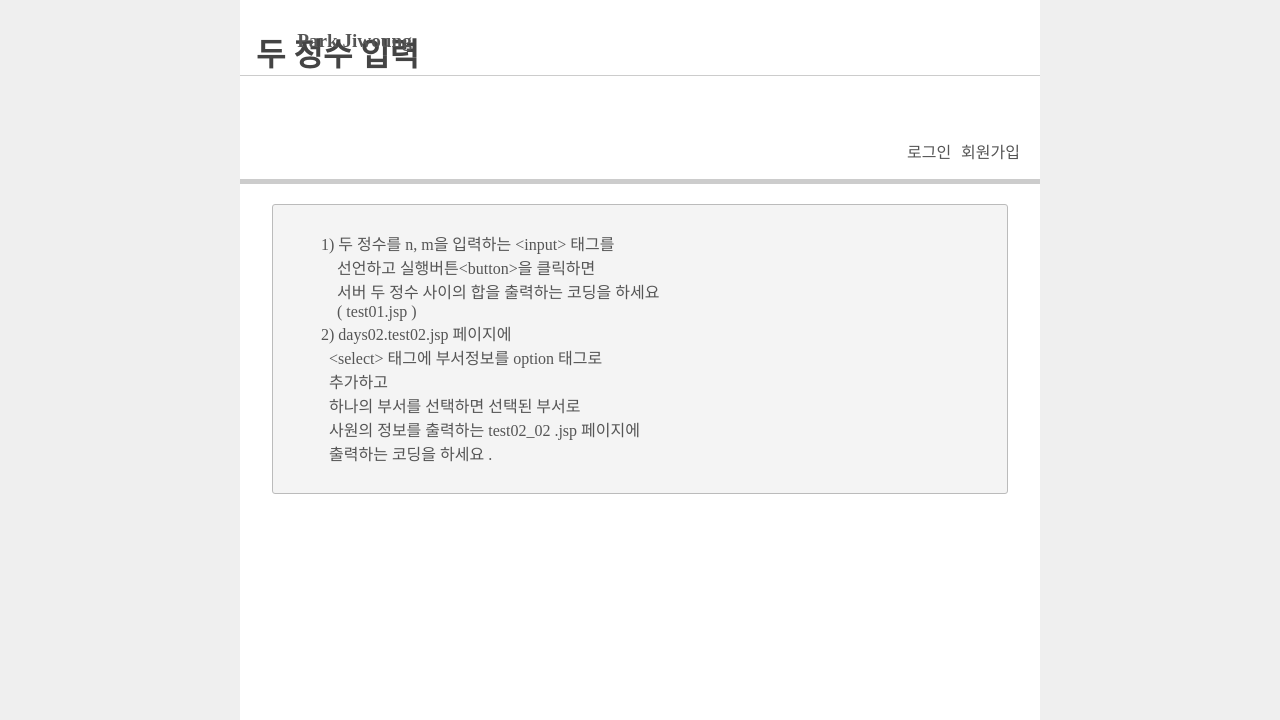
Repository: park-jiwoong/webClass
Page: http://localhost/jspPro/days02/test01.jsp
An editor plug-in stored every save of this project. The page is shown before and after the next save, followed by the edit.
The browser window is 1280 px wide. The pictures show the whole page.
Some web fonts or font styles are not loaded; a fallback is used. The page is served by Tomcat 9. Other server files are loaded and not shown.

Above is the page before, as saved 2025-05-22 00:17:24.

### webPro/src/main/webapp/JSPClass/jspPro/src/main/webapp/days02/test01.jsp
<%@ page contentType="text/html; charset=UTF-8" pageEncoding="UTF-8"%>
<!DOCTYPE html>
<html>
<head>
<meta charset="UTF-8">
<meta name="viewport" content="width=device-width, initial-scale=1.0">
<link rel="shortcut icon" type="image/x-icon" href="http://localhost/jspPro/images/SiSt.ico">
<title>2025. 5. 21. 오전 10:31:44</title>
<script src="https://ajax.googleapis.com/ajax/libs/jquery/3.7.1/jquery.min.js"></script>
<link rel="stylesheet" href="http://localhost/jspPro/resources/cdn-main/example.css">
<script src="http://localhost/jspPro/resources/cdn-main/example.js"></script>
	<style>
 	span.material-symbols-outlined{
    vertical-align: text-bottom;
 	}
	</style>
</head>
<body>
	<h1>두 정수 입력</h1>
	<form action="test01.jsp" method="get">
	<label for="num1"></label>
	</form>
<header>
    <h1 class="main"><a href="#" style="position: absolute;top:30px;">Park Jiwoung</a></h1>
    <ul>
        <li><a href="#">로그인</a></li>
        <li><a href="#">회원가입</a></li>
    </ul>
</header>
<div>
    <xmp class="code">
        1) 두 정수를 n, m을 입력하는 <input> 태그를
            선언하고 실행버튼<button>을 클릭하면
            서버 두 정수 사이의 합을 출력하는 코딩을 하세요
            ( test01.jsp )
     	2) days02.test02.jsp 페이지에
          <select> 태그에 부서정보를 option 태그로
          추가하고
          하나의 부서를 선택하면 선택된 부서로
          사원의 정보를 출력하는 test02_02 .jsp 페이지에
          출력하는 코딩을 하세요 .
    </xmp>
</div>
</body>
</html>

### webPro/src/main/webapp/JSPClass/jspPro/src/main/webapp/resources/cdn-main/example.css
@charset "UTF-8";

@import url('https://fonts.googleapis.com/css2?family=Material+Symbols+Outlined:opsz,wght,FILL,GRAD@20..48,100..700,0..1,-50..200');

@font-face {
    font-family: 'GmarketSansMedium';
    src: url('https://cdn.jsdelivr.net/gh/projectnoonnu/noonfonts_2001@1.1/GmarketSansMedium.woff') format('woff');
    font-weight: normal;
    font-style: normal;
}

:root {
	--text-color: #555;
	--sub-text-color: #777;
	--back-color: #EFEFEF;
	--header-color: #444;
	--primary-color: #DEDEDE;
	--secondary-color: #EFEFEF;
	--default-width: 800px;
	--narrow-width: 500px;
	--wide-width: 1200px;
	--text-font: 'GmarketSansMedium';
	--icon-font: 'Material Symbols Outlined';
	--border-color: #CCC;
}

html, body {
	margin: 0;
	padding: 0;
}

html {
	background-color: var(--back-color);
	display: flex;
	justify-content: center;
	min-height: 100vh;
}

body, body.default {
	width: var(--default-width);
	background-color: white;
	padding-bottom: 120px;
}

body.wide {
	width: var(--wide-width);
}

body.narrow {
	width: var(--narrow-width);
}



body, p, div, span, a, input, select, option, textarea, button, table, th, td, label, fieldset, legend {
	font-family: var(--text-font);
	color: var(--text-color);
}

h1, h2, h3 {
	font-family: var(--text-font);
	color: var(--header-color);
	padding: 0 1rem;
	padding-top: .5rem;
}

div > h1, div > h2, div > h3 {
	padding: 0;
}

body > div, body > main > div {
	padding: 0.3rem 1rem;
}


h1 { font-size: 2rem; border-bottom: 1px solid var(--border-color); }
h1 small { font-size: 1.2rem; color: var(--sub-text-color); }
h2 { font-size: 1.5rem; border-bottom: 1px dashed var(--border-color); }
h2 small { font-size: 1.1rem; color: --sub-text-color; }
h3 { font-size: 1.2rem; }
h3 small { font-size: 1rem; color: --sub-text-color; }



h1.main::before {
	font-family: var(--icon-font);
  	content: '\e666';
  	margin-right: 10px;
  	float: left;
	font-size: 2.5rem;
}

h1.sub::before {
	font-family: var(--icon-font);
  	content: '\ea19';
  	margin-right: 10px;
  	float: left;
	font-size: 2.5rem;
}


h1.page::before {
	font-family: var(--icon-font);
  	content: '\e0e0';
  	margin-right: 10px;
  	float: left;
	font-size: 2.5rem;
}

body > header > ul > li > .active{
	background-color: #FFF;
	color:#F00;
}

body > header {
	display: flex;
	justify-content: space-between;
	border-bottom: 5px solid var(--border-color);
	min-height: 74px;
	background-color: #FFF;
}

body > header.sticky {
	position: sticky;
	top: 0;
	z-index: 98;
}

body > header > h1 {
	font-size: 1.2rem;
	border: 0;
}

body > header.in > h1::before {
	font-family: var(--icon-font);
  	content: '\e332‥';
  	margin-right: 3px;
  	float: left;
	font-size: 2rem;
}


body > header > ul {
	list-style-type: none;
	display: flex;
	align-items: flex-end;
	margin-right: 10px;
}

body > header > ul > li {
	margin-right: 10px;
	cursor: pointer;
}

body > header > ul > li > a {
	cursor: pointer;
}


form {
	display: block;
}

form > div {
	padding: 0.3rem 1rem;
}

div > form > div {
	padding: 0.3rem 0;
}

input, textarea, button, select {
	border: 1px solid #BBB;
	border-radius: 3px;
	outline: none;
	resize: none;
	padding: 7px;
	margin: 0;
}

input[type=text]:read-only, textarea:read-only {
	cursor: not-allowed;
	background-color: #FFF;
}

input[type=text]:disabled, textarea:disabled {
	cursor: not-allowed;
	background-color: #EEE;
}

input[type=text], input[type=password], textarea, button, select {
	/* width: 300px; */
}

textarea {
	display: block;
	height: 100px;
}

input[type=button], input[type=submit], button {
	/* width: inherit; */
}

input.short, textarea.short, button.short, select.short {
	width: 100px;
}

input.long, textarea.long, button.long, select.long {
	width: 350px;
}

.narrow input.long, .narrow textarea.long, .narrow button.long, .narrow select.long {
	width: calc(100% - 20px);
}

input.full, textarea.full, button.full, select.full {
	width: calc(100% - 20px);
}

textarea.short {
	height: 50px;
}

textarea.long {
	height: 100px;
}

textarea.full {
	height: 200px;
}

input, textarea {
	padding-top: 8px;
}

input[type=button], input[type=submit], button {
	padding: 5px 10px;
	background-color: var(--secondary-color);
	cursor: pointer;
	min-height: 36px;
}

input[type=button].primary, input[type=submit].primary, button.primary {
	/* background-color: rgba(100, 149, 237, .2); */
	background-color: var(--primary-color);
}

input[type=button].primary:hover, input[type=submit].primary:hover, button.primary:hover {
	/* background-color: rgba(100, 149, 237, .3); */
	background-color: var(--secondary-color);
}

input[type=button]:hover, input[type=submit]:hover, button:hover {
	background-color: var(--primary-color);
}

button {
	position: relative;
	left: 0;
	top: 0;
	padding-left: 35px;
}

button .material-symbols-outlined {
	position: absolute;
	left: 10px;
	top: 4px;
}

/* k2nik add */
button.login::before {
	font-family: var(--icon-font);
  	content: '\ea77';
	position: absolute;
	left: 11px;
	top: 4px;
	font-size: 1.25rem;
}

/* k2nik logout */
button.logout::before {
	font-family: var(--icon-font);
  	content: '\e9ba';
	position: absolute;
	left: 11px;
	top: 4px;
	font-size: 1.25rem;
}

/* k2nik help */
button.help::before {
	font-family: var(--icon-font);
  	content: '\f1c0';
	position: absolute;
	left: 11px;
	top: 4px;
	font-size: 1.25rem;
}

button.add::before{
	font-family: var(--icon-font);
  	content: '\e746';
	position: absolute;
	left: 11px;
	top: 4px;
	font-size: 1.25rem;
}

button.back::before {
	font-family: var(--icon-font);
  	content: '\e166';
	position: absolute;
	left: 11px;
	top: 4px;
	font-size: 1.25rem;
}

button.list::before {
	font-family: var(--icon-font);
  	content: '\e0ee';
	position: absolute;
	left: 11px;
	top: 4px;
	font-size: 1.25rem;
}


button.del::before {
	font-family: var(--icon-font);
  	content: '\e872';
	position: absolute;
	left: 11px;
	top: 4px;
	font-size: 1.25rem;
}

button.alldel::before {
	font-family: var(--icon-font);
  	content: '\e92b';
	position: absolute;
	left: 11px;
	top: 4px;
	font-size: 1.25rem;
}


button.edit::before {
	font-family: var(--icon-font);
  	content: '\e745';
	position: absolute;
	left: 11px;
	top: 4px;
	font-size: 1.25rem;
}


button.login::before {
	font-family: var(--icon-font);
  	content: '\ea77';
	position: absolute;
	left: 11px;
	top: 4px;
	font-size: 1.25rem;
}


button.logout::before {
	font-family: var(--icon-font);
  	content: '\e9ba';
	position: absolute;
	left: 11px;
	top: 4px;
	font-size: 1.25rem;
}


button.in::before {
	font-family: var(--icon-font);
  	content: '\f71a';
	position: absolute;
	left: 11px;
	top: 4px;
	font-size: 1.25rem;
}


button.out::before {
	font-family: var(--icon-font);
  	content: '\f70e';
	position: absolute;
	left: 11px;
	top: 4px;
	font-size: 1.25rem;
}


button.reply::before {
	font-family: var(--icon-font);
  	content: '\e15e';
	position: absolute;
	left: 11px;
	top: 4px;
	font-size: 1.25rem;
}


button.comment::before {
	font-family: var(--icon-font);
  	content: '\e0b9';
	position: absolute;
	left: 11px;
	top: 4px;
	font-size: 1.25rem;
}


button.modal::before {
	font-family: var(--icon-font);
  	content: '\e89e';
	position: absolute;
	left: 11px;
	top: 4px;
	font-size: 1.25rem;
}


button.ok::before {
	font-family: var(--icon-font);
  	content: '\e86c';
	position: absolute;
	left: 11px;
	top: 4px;
	font-size: 1.25rem;
}


button.cancel::before {
	font-family: var(--icon-font);
  	content: '\e5c9';
	position: absolute;
	left: 11px;
	top: 4px;
	font-size: 1.25rem;
}

button.search::before {
	font-family: var(--icon-font);
  	content: '\e8b6';
	position: absolute;
	left: 11px;
	top: 4px;
	font-size: 1.25rem;
}

button.home::before {
	font-family: var(--icon-font);
  	content: '\e88a';
	position: absolute;
	left: 11px;
	top: 4px;
	font-size: 1.25rem;
}


button.sidebar::before {
	font-family: var(--icon-font);
  	content: '\f7e4';
	position: absolute;
	left: 11px;
	top: 4px;
	font-size: 1.25rem;
}


button.sidebar-right::before {
	font-family: var(--icon-font);
  	content: '\f7e5';
	position: absolute;
	left: 11px;
	top: 4px;
	font-size: 1.25rem;
}




button::before {
	font-family: var(--icon-font);
  	content: '\e323';
	position: absolute;
	left: 11px;
	top: 4px;
	font-size: 1.25rem;
}


table {
	border-collapse: collapse;
	margin: 1rem;
	box-sizing: border-box;
	width: calc(100% - 32px);
}

table.content {
	width: auto;
}

div > table {
	margin: 0;
}

table th, table td {
	border: 1px solid var(--border-color);
	padding: 7px;
	font-weight: normal;
}

table th {
	background-color: var(--back-color);
}

table.vertical th {
	width: 150px;
}

table.vertical td {
	width: calc(100% - 182px);
	padding-left: 10px;
}

table.content td, table.content th {
	width: auto;
}

body.narrow table.vertical th {
	width: 100px;
}

body.narrow table.vertical td {
	width: calc(100% - 182px);
}


table + table {
	margin-top: 30px;
}


p {
	padding: 0 1rem;
}

a {
	text-decoration: none;
}

a:hover {
	color: rgba(255, 99, 71, .7);
}

hr {
	border: 0;
	border-top: 1px solid var(--border-color);
	margin: 2rem 0;
}

.message {
	border: 1px solid var(--border-color);
	background-color: #EFEFEF;
	margin: 1rem;
	width: auto;
	padding-top: 10px;
	padding-bottom: 10px;
	font-size: 14px;
}

.message[title]::before {
	content: attr(title);
	display: block;
	border-bottom: 1px solid var(--border-color);
	padding-bottom: 5px;
	margin-bottom: 10px;
	margin-top: 7px;
}

.message.short {
	max-width: 250px;
}

.message.long {
	max-width: 500px;
}

.badge {
	float: right;
	font-size: .8rem;
	margin-top: 2px;
	margin-right: 2px;
	text-shadow: 0 0 7px gray;
}

.badge.left {
	float: none;
	margin-left: 2px;
}

.badge.right {
	float: right;
}

.badge.red {
	border-radius: 50%;
	padding: 2px 5px;
	background-color: rgb(255, 99, 71, .3);
}

.badge.yellow {

	border-radius: 50%;
	padding: 2px 5px;
	background-color: rgb(255, 215, 0, .5);
}

.badge.blue {
	border-radius: 50%;
	padding: 2px 5px;
	background-color: rgb(100, 149, 237, .3);
}

label + label {
	margin-left: 7px;
}

label input[type=checkbox], label input[type=radio] {
	transform: translate(0, 1px);
}

.group {
	display: flex;
}

.modal-content .group {
	margin-bottom: .5rem;
}

.group label {
	border: 1px solid #BBB;
	border-radius: 3px;
	outline: none;
	resize: none;
	padding: 7px 14px;
	margin: 0;
	border-top-right-radius: 0;
	border-bottom-right-radius: 0;
	background-color: #EFEFEF;
	white-space: nowrap;
	font-size: 14px;
}

.group input[type=text] {
	margin-left: -1px;
	border-top-left-radius: 0;
	border-bottom-left-radius: 0;
}

.group select {
	margin-left: -1px;
	border-top-left-radius: 0;
	border-bottom-left-radius: 0;
}

.group input.full[type=text] {
	margin-left: -1px;
	border-top-left-radius: 0;
	border-bottom-left-radius: 0;
	width: 100%;
}

.group input[type=button]:first-child, .group button:first-child {
	border-top-left-radius: 3px;
	border-bottom-left-radius: 3px;
	margin-left: 0px;
}

.group input[type=button], .group button {
	border-radius: 0;
	margin-left: -1px;
}

.group input[type=button]:last-child, .group button:last-child {
	margin-left: -1px;
	border-top-right-radius: 3px;
	border-bottom-right-radius: 3px;
}

.seperate {
	display: flex;
	justify-content: space-between;
}

div.list {
	width: max-content;
	margin: 1rem;
	border: 1px solid #BBB;
	border-radius: 3px;
	padding: 0;
}

div.list.full {
	width: auto;
	display: block;
	margin: 1rem;
	border: 1px solid #BBB;
	border-radius: 3px;
	padding: 0;
}

div.list > div {
	padding: .5rem 1rem;
	margin: 0;
	border-bottom: 1px solid #BBB;
}

div.list > div:last-child {
	border-bottom: 0;
}

pre.code , xmp.code{
	font-family: consols;
	background-color: rgba(150, 150, 150, .1);
	border: 1px solid #BBB;
	border-radius: 3px;
	padding: .5rem 1rem;
	padding-bottom: .6rem;
	margin: 1rem;
}




*[data-modal-window] {
	position: fixed;
	background-color: rgba(0, 0, 0, .3);
	left: 0;
	top: 0;
	display: none;
	justify-content: center;
	align-items: flex-start;
	width: 100%;
	min-height: 100vh;
	z-index: 100;
	opacity: 0;
	transition: 500ms all;
}

*[data-modal-window] .modal-container {
	border-radius: 5px;
	padding: 1rem;
	padding-bottom: .5rem;
	margin-top: -500px;
	opacity: 0;
	width: 500px;
	background-color: #FFF;
	margin-right: 2rem;
	transition: 500ms all;
}

*[data-modal-size=content] .modal-container {
	width: auto;
}

*[data-modal-size=narrow] .modal-container {
	width: 300px;
}

*[data-modal-size=wide] .modal-container {
	width: 760px;
}


*[data-modal-window] .modal-header {
	border-bottom: 1px solid var(--border-color);
	padding: 2px 5px;
}

*[data-modal-window] .modal-content {
	padding: 1rem 5px;
}

*[data-modal-window] .modal-content div:last-child {
	margin-top: 1rem;
	text-align: right;
}



*[data-sidebar-window] {
	position: fixed;
	background-color: #FFF;
	left: 0;
	top: 0;
	display: block;
	width: 300px;
	border-right: 1px solid var(--border-color);
	box-sizing: border-box;
	box-shadow: 0 0 3px var(--back-color);
	min-height: 100vh;
	z-index: 99;
	transform: translate(-300px, 0);
	transition-duration: 500ms;
	transition-property: transform;
}

*[data-sidebar-direction=right] {
	left: auto;
	right: 0;
	transform: translate(300px, 0);
	border-left: 1px solid var(--border-color);
}

*[data-sidebar-size=wide] {
	width: 500px;
	transform: translate(-500px, 0);
}

*[data-sidebar-window] .sidebar-title {
	border-bottom: 1px solid var(--border-color);
	margin-top: 20px;
	margin-bottom: 20px;
	padding-bottom: 5px;
	display: flex;
	justify-content: space-between;
}

*[data-sidebar-window] .sidebar-title span:last-child {
	cursor: pointer;
}


/* K2Nik pagination */
.center {
  text-align: center;
}

.pagination {
  display: inline-block;
}

.pagination a {
  color: black;
  float: left;
  padding: 3px 6px;
  text-decoration: none;
  transition: background-color .3s;
  border: 1px solid #ddd;
  margin: 0 3px;
}

.pagination a.active {
  background-color: #4CAF50;
  color: white;
  border: 1px solid #4CAF50;
}

.pagination a:hover:not(.active) {background-color: #ddd;}

### webPro/src/main/webapp/JSPClass/jspPro/src/main/webapp/resources/cdn-main/example.js

window.onload = () => {

    const list = document.querySelectorAll('input, textarea');

    list.forEach(item => {
        item.setAttribute('autocomplete', 'off');
    });


    const modal_btn_list = document.querySelectorAll('*[data-modal-button]');

    modal_btn_list.forEach(item => {
        item.onclick = function() {

            const name = this.dataset['modalButton'];
            const modal_window = document.querySelector('*[data-modal-window=' + name);

            const container = document.createElement('div');
            container.className = 'modal-container';



            const modal_header = document.createElement('div');
            modal_header.textContent = modal_window.dataset['modalTitle'];
            modal_header.className = 'modal-header';
            container.appendChild(modal_header);

            const modal_content = document.createElement('div');
            modal_content.className = 'modal-content';
            container.appendChild(modal_content);

            Array.from(modal_window.childNodes).forEach(item => {
                modal_content.appendChild(item);
            });

            modal_window.appendChild(container);

            modal_window.style.display = 'flex';

            setTimeout(() => {
                modal_window.style.opacity = 1;
                container.style.marginTop = '20px';
                container.style.opacity = 1;
            }, 50);


            const modal_ok = document.querySelector('*[data-modal-ok=' + name);
            modal_ok.addEventListener('click', function() {
                modal_window.style.opacity = 0;
                container.style.marginTop = '-500px';
                container.style.opacity = 0;

                setTimeout(() => {
                    modal_window.innerHTML = modal_content.innerHTML;
                    modal_window.style.display = 'none';
                }, 500);

            });

            const modal_cancel = document.querySelector('*[data-modal-cancel=' + name);
            modal_cancel.addEventListener('click', function() {

                modal_window.style.opacity = 0;
                container.style.marginTop = '-500px';
                container.style.opacity = 0;

                setTimeout(() => {
                    modal_window.innerHTML = modal_content.innerHTML;
                    modal_window.style.display = 'none';
                }, 500);
            });


        };
    });


    const sidebar_btn_list = document.querySelectorAll('*[data-sidebar-button]');

    sidebar_btn_list.forEach(item => {
        item.onclick = function() {



            const name = this.dataset['sidebarButton'];
            const sidebar_window = document.querySelector('*[data-sidebar-window=' + name);

            if (sidebar_window.style.transform == 'translate(0px, 0px)') return;



            sidebar_window.style.transform = 'translate(0, 0)';

            const sidebar_title = document.createElement('div');
            sidebar_title.className = 'sidebar-title';
            sidebar_title.innerHTML = '<span>' + sidebar_window.dataset['sidebarTitle'] + '</span><span class="material-symbols-outlined">close</span>';

            sidebar_title.children[1].onclick = function() {

                let sign = 1;
                let distance = 300;

                if (sidebar_window.dataset['sidebarDirection'] != 'right') {
                    sign = -1;
                } else {
                    sign = 1;
                }

                if (sidebar_window.dataset['sidebarSize'] != 'wide') {
                    distance = 300;
                } else {
                    distance = 500;
                }

                distance *= sign;

                sidebar_window.style.transform = 'translate(' + distance + 'px, 0)';

                setTimeout(function() {
                    sidebar_window.removeChild(sidebar_window.children[0]);
                }, 500);
            };


            sidebar_window.prepend(sidebar_title);

        }
    });

};

// window.onkeydown = function(event) {

//     if (event.keyCode == 27) {
//         if (document.querySelector('[data-modal-window').style.display == 'flex') {
//             document.querySelector('[data-modal-window').style.display = 'none';
//         }
//     }

// };

After the next save:
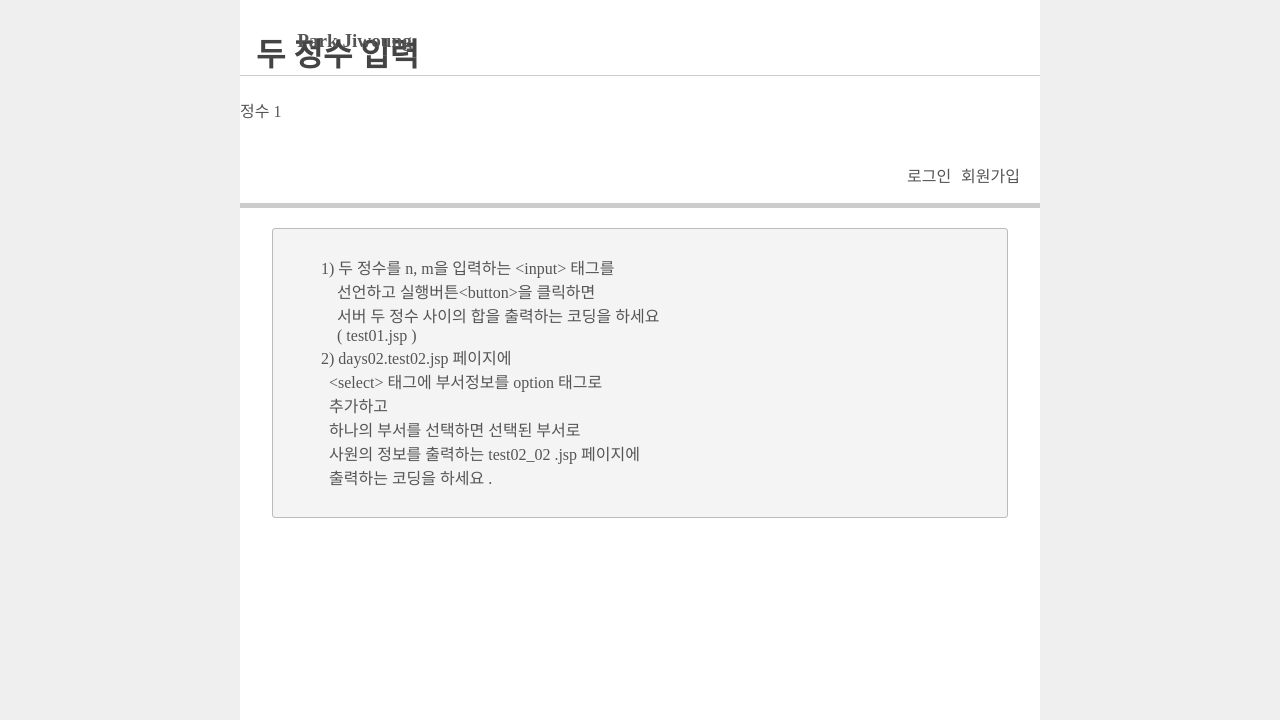
Saved 2 s later.
--- a/webPro/src/main/webapp/JSPClass/jspPro/src/main/webapp/days02/test01.jsp
+++ b/webPro/src/main/webapp/JSPClass/jspPro/src/main/webapp/days02/test01.jsp
@@ -18,7 +18,7 @@
 <body>
 	<h1>두 정수 입력</h1>
 	<form action="test01.jsp" method="get">
-	<label for="num1"></label>
+	<label for="num1">정수 1</label>
 	</form>
 <header>
     <h1 class="main"><a href="#" style="position: absolute;top:30px;">Park Jiwoung</a></h1>
